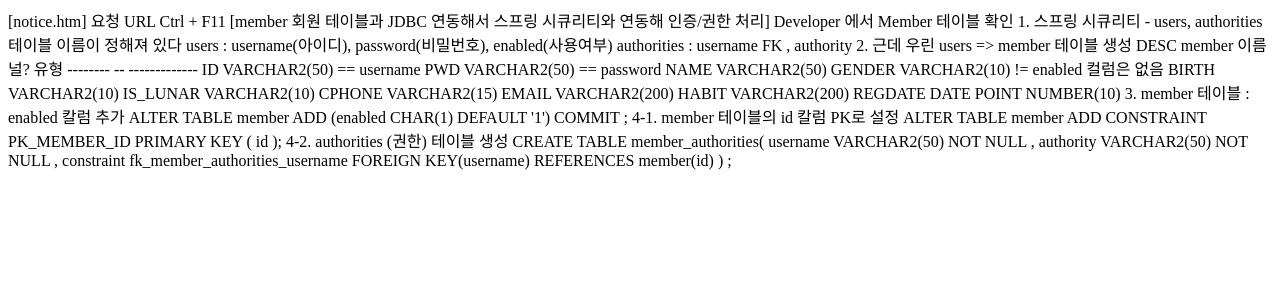
Repository: Vida0822/-
Page: SL11_SECURITY2_JDBC/src/main/webapp/customer/notice.htm
An editor plug-in stored every save of this project. The page is shown before and after the next save, followed by the edit.
The browser window is 1280 px wide. The pictures show the whole page.

Above is the page before, as saved 2023-07-05 00:38:20.

### SL11_SECURITY2_JDBC/src/main/webapp/customer/notice.htm
[notice.htm] 요청 URL
Ctrl + F11

[member 회원 테이블과 JDBC 연동해서 스프링 시큐리티와 연동해 인증/권한 처리]

 Developer 에서 Member 테이블 확인

1. 스프링 시큐리티 -  users, authorities 테이블 이름이 정해져 있다

	users : username(아이디), password(비밀번호), enabled(사용여부)
	authorities : username FK , authority


2. 근데 우린 users => member 테이블 생성

DESC member

이름       널? 유형
-------- -- -------------
ID          VARCHAR2(50)  				== username
PWD         VARCHAR2(50)  				== password
NAME        VARCHAR2(50)
GENDER      VARCHAR2(10)  			!= enabled 컬럼은 없음
BIRTH       VARCHAR2(10)
IS_LUNAR    VARCHAR2(10)
CPHONE      VARCHAR2(15)
EMAIL       VARCHAR2(200)
HABIT       VARCHAR2(200)
REGDATE     DATE
POINT       NUMBER(10)

3. member 테이블 : enabled 칼럼 추가
ALTER TABLE member
ADD (enabled CHAR(1) DEFAULT '1')
COMMIT ;

4-1. member 테이블의 id 칼럼 PK로 설정

ALTER TABLE member
	ADD
		CONSTRAINT PK_MEMBER_ID
		PRIMARY KEY (
			id
		);


4-2. authorities (권한) 테이블 생성

CREATE TABLE member_authorities(
    username VARCHAR2(50) NOT NULL
    , authority VARCHAR2(50) NOT NULL
    , constraint fk_member_authorities_username
        FOREIGN KEY(username)
        REFERENCES member(id)
) ;

After the next save:
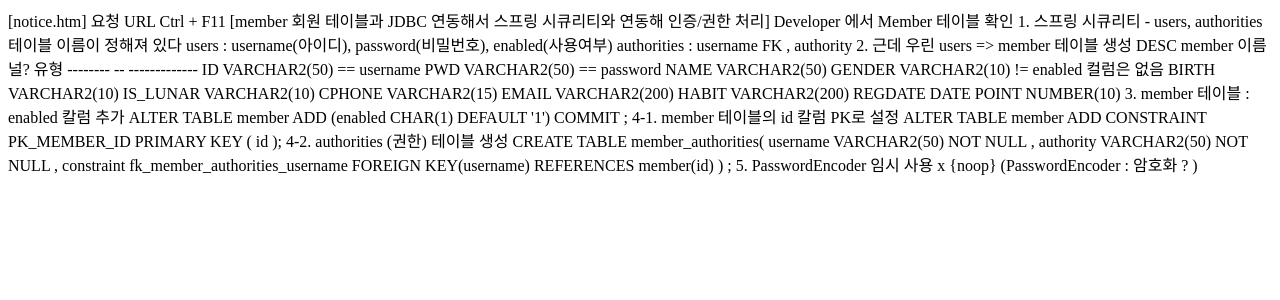
Saved 106 s later.
--- a/SL11_SECURITY2_JDBC/src/main/webapp/customer/notice.htm
+++ b/SL11_SECURITY2_JDBC/src/main/webapp/customer/notice.htm
@@ -53,3 +53,7 @@ CREATE TABLE member_authorities(
         FOREIGN KEY(username)
         REFERENCES member(id)
 ) ;
+
+
+5. PasswordEncoder 임시 사용 x {noop}
+(PasswordEncoder : 암호화 ? )
